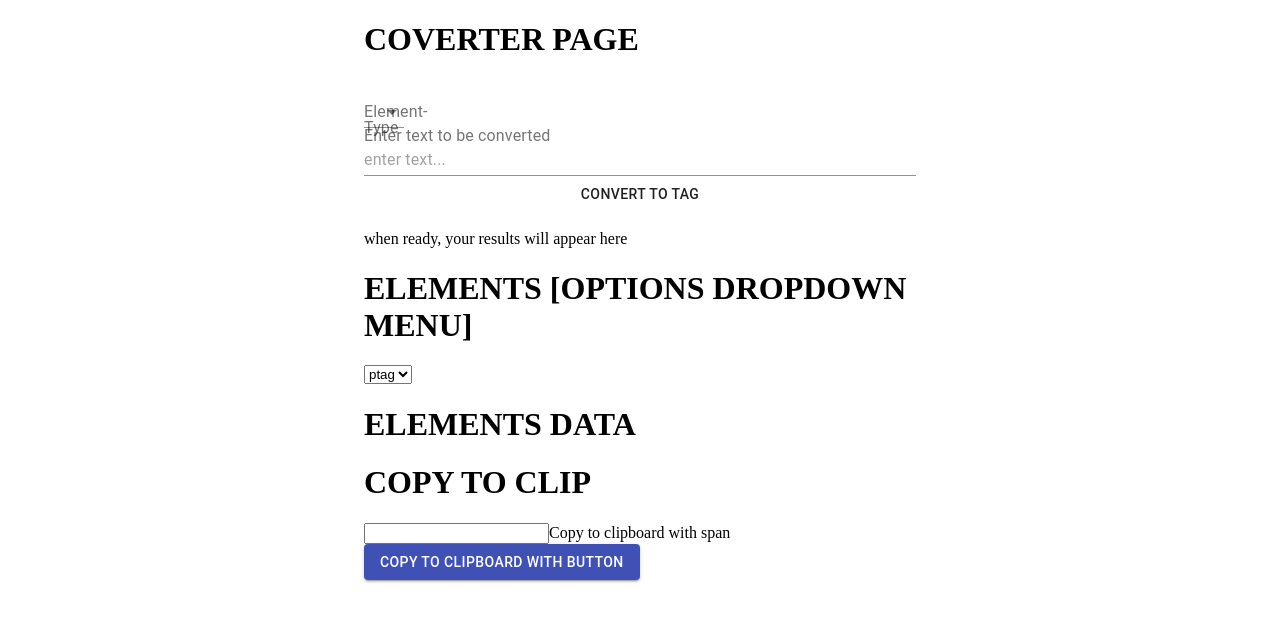
Repository: DevLuDaley/element-generator
Page: /
An editor plug-in stored every save of this project. The page is shown before and after the next save, followed by the edit.
The browser window is 1280 px wide. The pictures show the whole page.
The project was rebuilt for these pictures with package versions that can differ from the ones it lists, and the page was loaded fresh each time. Also part of the build but not shown: webpack.config.js.

Above is the page before, as saved 2020-12-23 18:57:45.

After the next save:
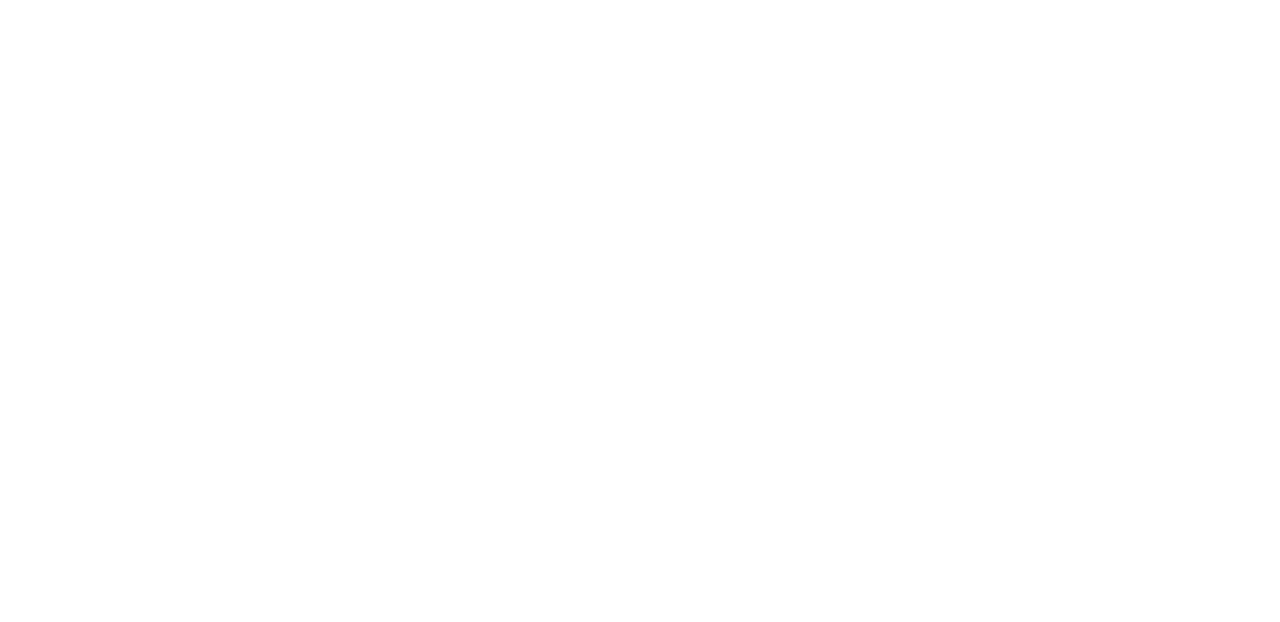
Console error: TypeError: ElementsData_default.map is not a function
Saved 57 s later.
--- a/src/components/ConverterPage.js
+++ b/src/components/ConverterPage.js
@@ -56,7 +56,11 @@
         //   value={1}
           onChange={handleSubmit}
         >
-    elementsArray?
+    { elementsArray ?
+        elementsArray.map(ele => ele)
+        : "null"
+    }
+
 
           <MenuItem >Ten</MenuItem>
           {/* <MenuItem value={10}>Ten</MenuItem> */}
@@ -67,7 +71,6 @@
 
 
             <FormGroup id='convert-to-element-form' onSubmit={handleSubmit}>
-            {/* {elementsArray ? elementsArray.map(ele => ele): null} */}
 
 
 

After the 2 saves that followed:
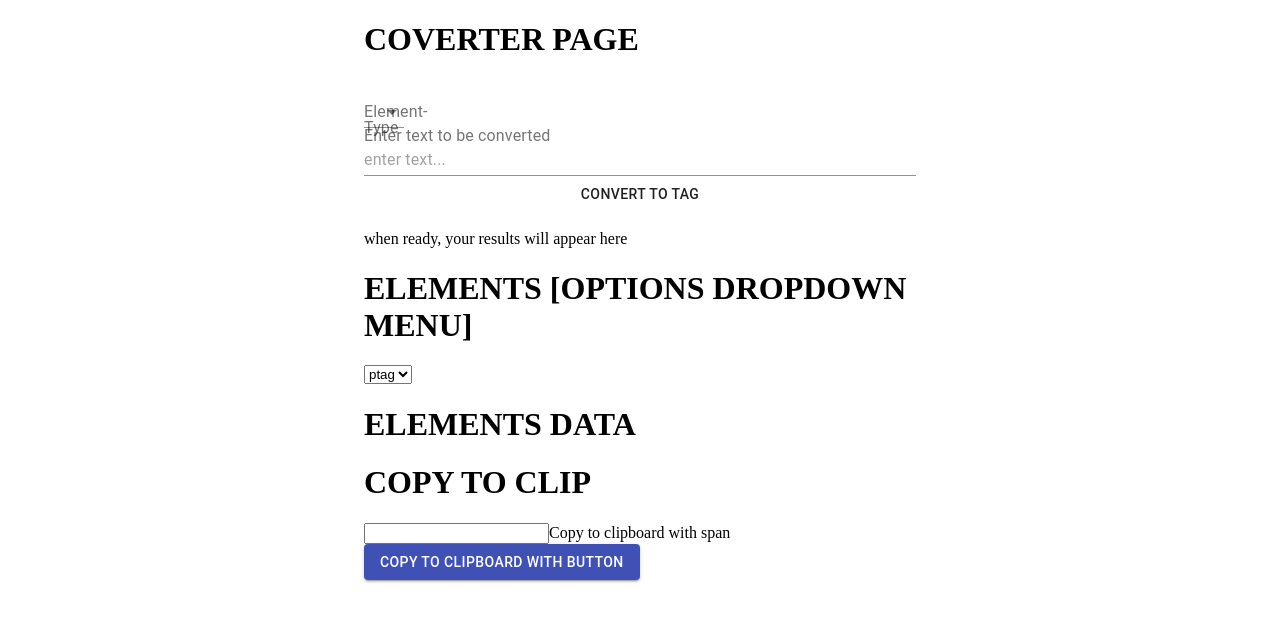
The error is gone.
The 2 saves are shown as one change because 1 left the picture as it was.
The last was saved 111 s later.
--- a/src/components/ConverterPage.js
+++ b/src/components/ConverterPage.js
@@ -57,7 +57,7 @@
           onChange={handleSubmit}
         >
     { elementsArray ?
-        elementsArray.map(ele => ele)
+        <p> ITS TRUE </p>
         : "null"
     }
 
